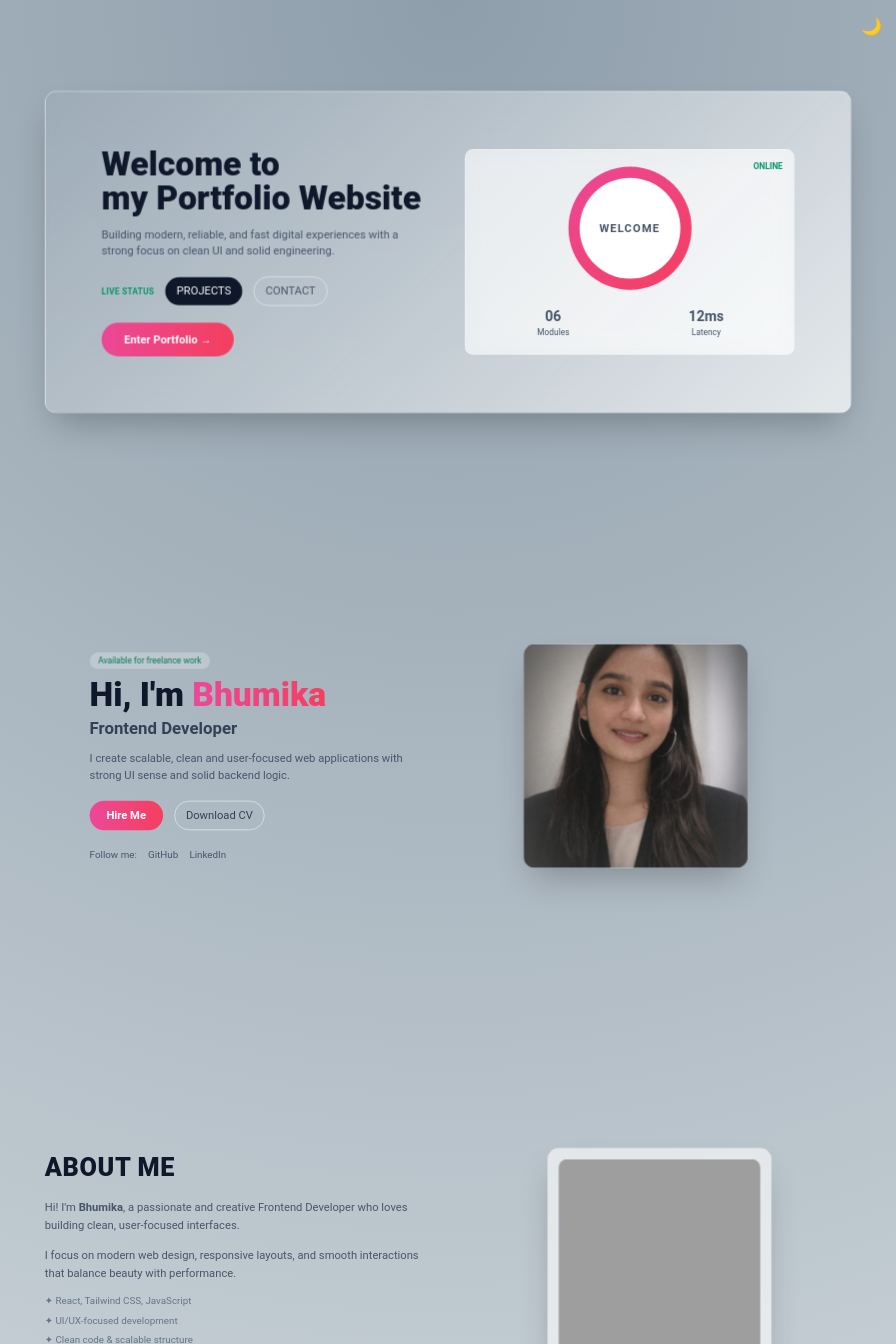
Repository: bhumikamourya/portfolio
Page: /
The author's editor kept a copy of each file at every save. The page is drawn from the files as they stood at one save, then again after the next save.
The browser window is 1280 px wide. The pictures show the part of the page from y = 0 to 1920 px (the page is 5262 px tall), at 70% of full size.
Pictures or frames that could not be fetched are drawn as grey boxes. Some web libraries are served in a nearby version. The project was rebuilt for these pictures with package versions that can differ from the ones it lists, and the page was loaded fresh each time.

Above is the page before, as saved 2026-01-31 12:47:17.

### src/styles/variables.css
:root {
  /*Background gradient (PAGE) */
  --bg-gradient-from: #8e9eab;
  --bg-gradient-to: #eef2f3;

  /*Glass / Card background (LIGHTER, SAME TONE) */
  --glass-from: rgba(158, 172, 184, 0.7);
  --glass-to: rgba(245, 247, 248, 0.8);

  /*Text colors */
  --heading-color: #0f172a;      /* slate-900 */
  --subheading-color: #334155;   /* slate-700 */
  --body-text-color: #475569;    /* slate-600 */
  --muted-text-color: #64748b;   /* slate-500 */

  /* Accent (brand highlight) */
  --accent-from: #ec4899; /* pink-500 */
  --accent-to: #f43f5e;   /* rose-500 */

  /* Status / success */
  --success-color: #059669; /* emerald-600 */

  /* Borders */
  --border-light: rgba(255, 255, 255, 0.4);

  /* Motion */
  --transition: all 0.4s ease;
}

/* Optional dark mode (future-proof, not active yet) */
.dark-mode {
  --bg-gradient-from: #1e293b;
  --bg-gradient-to: #020617;

  --glass-from: rgba(30, 41, 59, 0.7);
  --glass-to: rgba(15, 23, 42, 0.8);

  --heading-color: #f8fafc;
  --subheading-color: #e2e8f0;
  --body-text-color: #cbd5f5;
  --muted-text-color: #94a3b8;
}

### src/styles/App.css
* {
  margin: 0;
  padding: 0;
  box-sizing: border-box;
}

.reveal {
  opacity: 0;
  transform: translateY(50px);
  transition: all 0.8s ease;
}

.reveal.active {
  opacity: 1;
  transform: translateY(0);
}

body {
  font-family: 'Roboto', sans-serif;
  background-image: radial-gradient(circle at top, var(--bg-gradient-from) 0%, var(--bg-gradient-to) 70%);
  color: var(--body-text-color);
  scroll-behavior: smooth;
  transition: var(--transition);
}

.color-buttons {
  background-image: linear-gradient(to right, var(--accent-from), var(--accent-to));
  border: none;
}

.right-card {
  background: rgba(255, 255, 255, 0.6);
  border-color: var(--border-light);
  backdrop-filter: blur(16px);
}

.app {
  min-height: 100vh;
}
.text-accent {
    background: linear-gradient(to right, var(--accent-from), var(--accent-to));
    -webkit-background-clip: text;
    -webkit-text-fill-color: transparent;
}
.card-bg {
  background-image:
    linear-gradient(135deg,
      var(--glass-from),
      var(--glass-to));
  backdrop-filter: blur(22px);
  border: 1px solid var(--border-light);
}

.skill-cards{
  background-image: linear-gradient(135deg, var(--border-light), var(--border-light));
  backdrop-filter: blur(72px);
  border: 1px solid var(--border-light);
}

.heading{
  color: var(--heading-color);
}
.subheading{
  color: var(--subheading-color);
}
.tags{
  background: rgba(255,255,255,0.25);
  color: var(--subheading-color);
}
ul{
    color: var(--muted-text-color);
}

/* .btn {
  padding: 10px 20px;
  border: none;
  border-radius: 5px;
  cursor: pointer;
  transition: var(--transition);
}

.btn.primary {
  background-color: var(--primary-color);
}

.btn.secondary {
  background-color: var(--bg-gradient-to);
}

.btn:hover {
  transform: scale(1.05);
} */
.theme-toggle {
  position: fixed;
  top: 20px;
  right: 20px;
  z-index: 1000;
  background: none;
  border: none;
  font-size: 1.5rem;
  cursor: pointer;
}

/* Mobile-first responsive */
@media (max-width: 768px) {
  .container {
    padding: 0 10px;
  }
}

### src/contexts/ThemeContext.js
import React, { createContext, useState, useEffect } from 'react';

export const ThemeContext = createContext();

export const ThemeProvider = ({ children }) => {
  const [isDarkMode, setIsDarkMode] = useState(false);

  useEffect(() => {
    const savedTheme = localStorage.getItem('theme');
    if (savedTheme === 'dark') {
      setIsDarkMode(true);
      document.body.classList.add('dark-mode');
    }
  }, []);

  const toggleTheme = () => {
    setIsDarkMode(!isDarkMode);
    if (!isDarkMode) {
      document.body.classList.add('dark-mode');
      localStorage.setItem('theme', 'dark');
    } else {
      document.body.classList.remove('dark-mode');
      localStorage.setItem('theme', 'light');
    }
  };

  return (
    <ThemeContext.Provider value={{ isDarkMode, toggleTheme }}>
      {children}
    </ThemeContext.Provider>
  );
};

### src/components/ThemeToggle.js
import React, { useContext } from 'react';
import { ThemeContext } from '../contexts/ThemeContext';

const ThemeToggle = () => {
  const { isDarkMode, toggleTheme } = useContext(ThemeContext);

  return (
    <button className="theme-toggle" onClick={toggleTheme} >
      {isDarkMode ? '☀️' : '🌙'}
    </button>
  );
};

export default ThemeToggle;

### src/components/Welcome.jsx
import React from "react";


const Welcome = () => {
    const scrollToSection = (id) => {
        document.getElementById(id).scrollIntoView({ behavior: "smooth" });
    };
    return (
        <section
            className="min-h-screen flex items-center justify-center px-6"
        >
            <div
                className="relative w-full max-w-6xl rounded-2xl shadow-2xl p-20 card-bg"
            >
                <div className="grid md:grid-cols-2 gap-12 items-center">

                    <div>

                        <h1
                            className="text-4xl md:text-5xl font-extrabold leading-tight mb-4 heading">
                            Welcome to <br /> my Portfolio Website
                        </h1>
                        <p
                            className="max-w-md mb-6">
                            Building modern, reliable, and fast digital experiences with a
                            strong focus on clean UI and solid engineering.
                        </p>
                        <div className="flex items-center gap-4 mb-6">
                            <span className="text-xs font-semibold text-emerald-600 tracking-wide">LIVE STATUS</span>
                            <button
                                onClick={() => scrollToSection("projects")}
                                className="px-4 py-2 rounded-full bg-slate-900 text-white hover:bg-slate-800 transition"
                            >
                                PROJECTS
                            </button>
                            <button
                                onClick={() => scrollToSection("contact")}
                                className="px-4 py-2 rounded-full border border-slate-200 hover:bg-slate-100 transition"
                            >
                                CONTACT
                            </button>
                        </div>

                        <button

                            className="px-8 py-3 rounded-full text-white font-semibold transition hover:scale-105 color-buttons"
                        >
                            Enter Portfolio →
                        </button>
                    </div>

                    {/* RIGHT SYSTEM CARD */}
                    <div
                        className="relative rounded-xl p-6 border right-card"
                    >
                        <span
                            className="absolute top-4 right-4 text-xs font-semibold text-emerald-600"
                        >
                            ONLINE
                        </span>

                        <div className="flex items-center justify-center mb-6">
                            <div
                                className="relative w-44 h-44 rounded-full flex items-center justify-center "
                                style={{
                                    background:
                                        "linear-gradient(to bottom right, var(--accent-from), var(--accent-to))",
                                }}
                            >
                                <div className="absolute inset-4 rounded-full bg-white flex items-center justify-center text-s tracking-widest font-bold text-slate-600">
                                    WELCOME
                                </div>
                            </div>
                        </div>

                        <div className="grid grid-cols-2 gap-4 text-center">
                            <div>
                                <p className="text-xl font-bold">06</p>
                                <p className="text-xs text-slate-600">Modules</p>
                            </div>
                            <div>
                                <p className="text-xl font-bold">12ms</p>
                                <p className="text-xs text-slate-600">Latency</p>
                            </div>
                        </div>
                    </div>

                </div>
            </div>
        </section>
    );
};

export default Welcome;

### src/components/Hero.js
import React from "react";
const Hero = () => {
  return (
    <section
      id="hero"
      className=" reveal min-h-screen flex items-center justify-center px-6"
    >
      <div
        className="relative w-full max-w-6xl rounded-3xl p-16"
      >
        <div className="grid md:grid-cols-2 gap-12 items-center">

          {/* LEFT CONTENT */}
          <div>
            <span
              className="inline-block mb-3 text-xs px-3 py-1 rounded-full font-semibolds text-emerald-700 right-card tags"
            >
              Available for freelance work
            </span>

            <h1
              className="text-4xl md:text-5xl font-extrabold leading-tight mb-2 heading"
            >
              Hi, I'm{" "}
              <span className="text-accent"
              >
                Bhumika
              </span>
            </h1>
            <h2
              className="text-xl md:text-2xl font-semibold mb-4 subheading"
            >
              Frontend Developer
            </h2>

            <p
              className="max-w-md mb-6"
            >
              I create scalable, clean and user-focused web applications with
              strong UI sense and solid backend logic.
            </p>

            <div className="flex gap-4 mb-6">
              <button
                className="px-6 py-2 rounded-full text-white font-semibold transition hover:scale-105 color-buttons"
              >
                Hire Me
              </button>

              <button
                className="px-4 py-2 rounded-full border border-slate-200  hover:bg-slate-100 transition subheading">
                Download CV
              </button>
            </div>

            <div className="flex items-center gap-4 text-sm">
              <span>Follow me:</span>
              <a href="https://github.com/bhumikamourya"
              className="cursor-pointer hover:underline cursor-pointer">GitHub</a>
              <a href="https://www.linkedin.com/in/bhumika-mourya-bb94672a4/"
              className="cursor-pointer hover:underline cursor-pointer">LinkedIn</a>
              {/* <a href="" className="cursor-pointer hover:underline cursor-pointer">Instagram</a> */}
            </div>
          </div>

          {/* RIGHT IMAGE CARD */}
          <div className="flex justify-center">
            <div
              className="relative rounded-2xl right-card shadow-2xl"
            >
              <img
                src="/assets/profile.jpeg"
                alt="Developer illustration"
                // className="w-72 h-70 object-cover rounded-xl"
                className="w-80 h-80 object-cover rounded-2xl"
              />
            </div>
          </div>

        </div>
      </div>
    </section>
  );
};

export default Hero;

### src/components/About.js
import React from "react";


const About = () => {
  return (
    <section
      id="about"
      className=" reveal min-h-screen flex items-center justify-center px-6"
    >
      <div
        className="relative w-full max-w-6xl rounded-3xl"
      >
        <div className="grid md:grid-cols-2 gap-14 items-center">

          {/* LEFT CONTENT */}
          <div>
            <h2
              className="text-3xl md:text-4xl font-extrabold mb-6 tracking-wide heading"
            >
              ABOUT ME
            </h2>

            <p
              className="mb-4 leading-relaxed"
            >
              Hi! I'm <span className="font-semibold">Bhumika</span>, a passionate
              and creative Frontend Developer who loves building clean,
              user-focused interfaces.
            </p>

            <p
              className="mb-4 leading-relaxed"
            >
              I focus on modern web design, responsive layouts, and smooth
              interactions that balance beauty with performance.
            </p>

            <ul
              className="space-y-2 text-sm"
            >
              <li>✦ React, Tailwind CSS, JavaScript</li>
              <li>✦ UI/UX-focused development</li>
              <li>✦ Clean code & scalable structure</li>
              <li>✦ Always learning new technologies</li>
            </ul>
          </div>

          {/* RIGHT AVATAR CARD */}
          <div className="flex justify-center ">
            <div
              className="relative rounded-2xl p-4 right-card shadow-2xl"
            >
              <img
                src="/hero-avatar.png"
                alt="Avatar"
                className="w-72 h-72 object-cover rounded-xl"
              />
            </div>
          </div>

        </div>
      </div>
    </section>
  );
};

export default About;

### src/components/Skills.js
import React from 'react';

const Skills = () => {
  const skills = [
    { name: 'HTML5', icon: '/assets/html.png' },
    { name: 'CSS3', icon: '/assets/css.png' },
    { name: 'JavaScript (ES6+)', icon: '/assets/js.webp' },
    { name: 'React', icon: '/assets/react.png' },
    { name: 'Redux', icon: '/assets/redux.png' },
    { name: 'Node.js', icon: '/assets/nodejs.png' },
    { name: 'Express.js', icon: '/assets/express.png' },
    { name: 'RESTful APIs', icon: '/assets/restful-api.png' },
    { name: 'Authentication (Passport.js, JWT)', icon: '/assets/authentication.png' },
    { name: 'MongoDB', icon: '/assets/mongoDB.png' },
    { name: 'Mongoose', icon: '/assets/mongoose.png' },
    { name: 'Git', icon: '/assets/git.png' },
    { name: 'GitHub', icon: '/assets/github.png' },
    { name: 'Postman', icon: '/assets/postman.png' },
    { name: 'Thunder Client', icon: '/assets/thunderClient.png' },
    { name: 'VS Code', icon: '/assets/VS-Code.png' },
    { name: 'Chrome DevTools', icon: '/assets/chrome-dev-tool.png' },
  ];

  return (
    <section
      id="skills"
      className=" reveal min-h-screen flex items-center justify-center px-6 transition-colors duration-500"
    >
      <div
        className="relative w-full max-w-6xl rounded-3xl p-16"
      >
        <h2
          className="text-3xl md:text-4xl font-extrabold mb-10 text-center heading"
        >
          SKILLS
        </h2>

        <div className="grid grid-cols-2 sm:grid-cols-3 md:grid-cols-4 lg:grid-cols-5 gap-8">
          {skills.map((skill, index) => (
            <div
              key={index}
              className="flex flex-col items-center justify-center p-4 rounded-2xl transition-transform duration-300 hover:scale-105 skill-cards"
            >
              <img
                src={skill.icon}
                alt={skill.name}
                className="w-14 h-14 mb-2 object-contain"
              />
              <p
                className="text-sm font-semibold text-center"
              >
                {skill.name}
              </p>
            </div>
          ))}
        </div>
      </div>
    </section>
  );
};

export default Skills;

### src/components/Projects.js
import React from 'react';
import ProjectCard from './ProjectCard';

const Projects = () => {
  const projects = [
    {
      title: 'Wanderlust – Full-Stack Web App',
      description:
        'Airbnb-like platform with authentication, listings, reviews, and image uploads. Clean MVC backend with secure auth.',
      tech: ['Node.js', 'Express', 'MongoDB', 'Passport.js'],
      github: 'https://github.com/bhumikamourya/WanderLust',
      demo: 'https://wanderlust-project-3uh0.onrender.com/',
      image: '/assets/wanderlust.png',
    },
    {
      title: 'Food Ordering Web App',
      description:
        'Full-stack food ordering system with user authentication, order management, and REST APIs.',
      tech: ['Node.js', 'MongoDB', 'Express'],
      github: 'https://github.com/bhumikamourya/Food-Ordering-application',
      demo: '',
      image: '/assets/food.png',
    },
  ];

  return (
    <section
      id="projects"
      className=" reveal min-h-screen px-6 py-24"
    >
      <h2
        className="text-4xl font-extrabold text-center mb-16">
        PROJECTS
      </h2>

      <div className="max-w-7xl mx-auto grid gap-10 sm:grid-cols-2 lg:grid-cols-3">
        {projects.map((project, index) => (
          <ProjectCard key={index} {...project} />
        ))}
      </div>
    </section>
  );
};

export default Projects;

### src/utils/scrollReveal.js
export const initScrollReveal = () => {
    const elements = document.querySelectorAll(".reveal");

    const observer = new IntersectionObserver(
      (entries) => {
        entries.forEach((entry) => {
          if (entry.isIntersecting) {
            entry.target.classList.add("active");
          }
        });
      },
      { threshold: 0.15 }
    );

    elements.forEach((el) => observer.observe(el));

};

### src/components/FeaturesServices.js
import { Code, Sparkles, ShieldCheck, Rocket, Brain, Layout } from "lucide-react";

export default function FeaturesServices() {
  const features = [
    {
      icon: <Code className="w-6 h-6" />,
      title: "Full-Stack Development",
      desc: "Scalable MERN applications with clean architecture and best practices."
    },
    {
      icon: <Layout className="w-6 h-6" />,
      title: "Modern UI/UX",
      desc: "Glassmorphism, gradients, animations and responsive layouts."
    },
    {
      icon: <Brain className="w-6 h-6" />,
      title: "AI-Powered Logic",
      desc: "Smart features using AI, automation and data-driven decisions."
    },
    {
      icon: <ShieldCheck className="w-6 h-6" />,
      title: "Secure Systems",
      desc: "JWT auth, role-based access and secure backend APIs."
    },
    {
      icon: <Rocket className="w-6 h-6" />,
      title: "Performance Focused",
      desc: "Optimized queries, fast load time and scalable codebase."
    },
    {
      icon: <Sparkles className="w-6 h-6" />,
      title: "Creative Solutions",
      desc: "Not copy-paste projects — unique, tailored to real-world needs."
    }
  ];

  return (
    <section
      id="features"
      className=" reveal relative py-24 px-6 "
    >
      <div className="max-w-7xl mx-auto">
        {/* Heading */}
        <div className="text-center mb-16">
          <h2 className="text-4xl font-extrabold text-center mb-6 heading">
            OUR FEATURES & SERVICES
          </h2>
          <p className="max-w-2xl mx-auto">
            Powerful features and professional services crafted to build
            high-quality, real-world applications.
          </p>
        </div>

        {/* Cards */}
        <div className="grid grid-cols-1 sm:grid-cols-2 lg:grid-cols-3 gap-8">
          {features.map((item, idx) => (
            <div
              key={idx}
              className="group relative rounded-2xl p-8 shadow-xl  transition-all duration-300 hover:-translate-y-2 hover:shadow-2xl card-bg"
            >
              <div className="flex items-center justify-center w-12 h-12 rounded-xl bg-white/70 shadow mb-6 group-hover:scale-110 transition" >
                {item.icon}
              </div>

              <h3 className="text-xl font-semibold mb-3 heading">
                {item.title}
              </h3>
              <p className=" text-sm leading-relaxed" >
                {item.desc}
              </p>
            </div>
          ))}
        </div>
      </div>
    </section>
  );
}

### src/components/ProjectCard.js
import React from 'react';

const ProjectCard = ({ title, description, tech, github, demo, image }) => {
  return (
    <div
      className="rounded-2xl overflow-hidden shadow-xl transition-transform duration-300 hover:-translate-y-2 card-bg"
    >
      {/* IMAGE */}
      <div className="h-44 bg-black/20 flex items-center justify-center">
        <img
          src={image}
          alt={title}
          className="h-full w-full object-cover"
        />
      </div>

      {/* CONTENT */}
      <div className="p-6">
        <h3
          className="text-lg font-bold mb-2 heading">
          {title}
        </h3>

        <p
          className="text-sm mb-4 leading-relaxed"
        >
          {description}
        </p>

        {/* TECH TAGS */}
        <div className="flex flex-wrap gap-2 mb-5">
          {tech.map((item, index) => (
            <span
              key={index}
              className="text-xs px-3 py-1 rounded-full tags"
            >
              {item}
            </span>
          ))}
        </div>

        {/* LINKS */}
        <div className="flex gap-3">
          <a
            href={github}
            target="_blank"
            rel="noreferrer"
            className="px-4 py-2 text-white text-xs font-semibold rounded-full transition color-buttons"

          >
            GitHub
          </a>

          {demo && (
            <a
              href={demo}
              target="_blank"
              rel="noreferrer"
              className="px-4 py-2 text-xs font-semibold bg-white rounded-full border transition"
            >
              Live Demo
            </a>
          )}
        </div>
      </div>
    </div>
  );
};

export default ProjectCard;

Loaded but not shown: public/index.html (common file); src/index.js (common file); src/App.js (common file); src/index.css (common file); tailwind.config.js (common file); src/components/Contact.js (118 lines, source omitted)

After the next save:
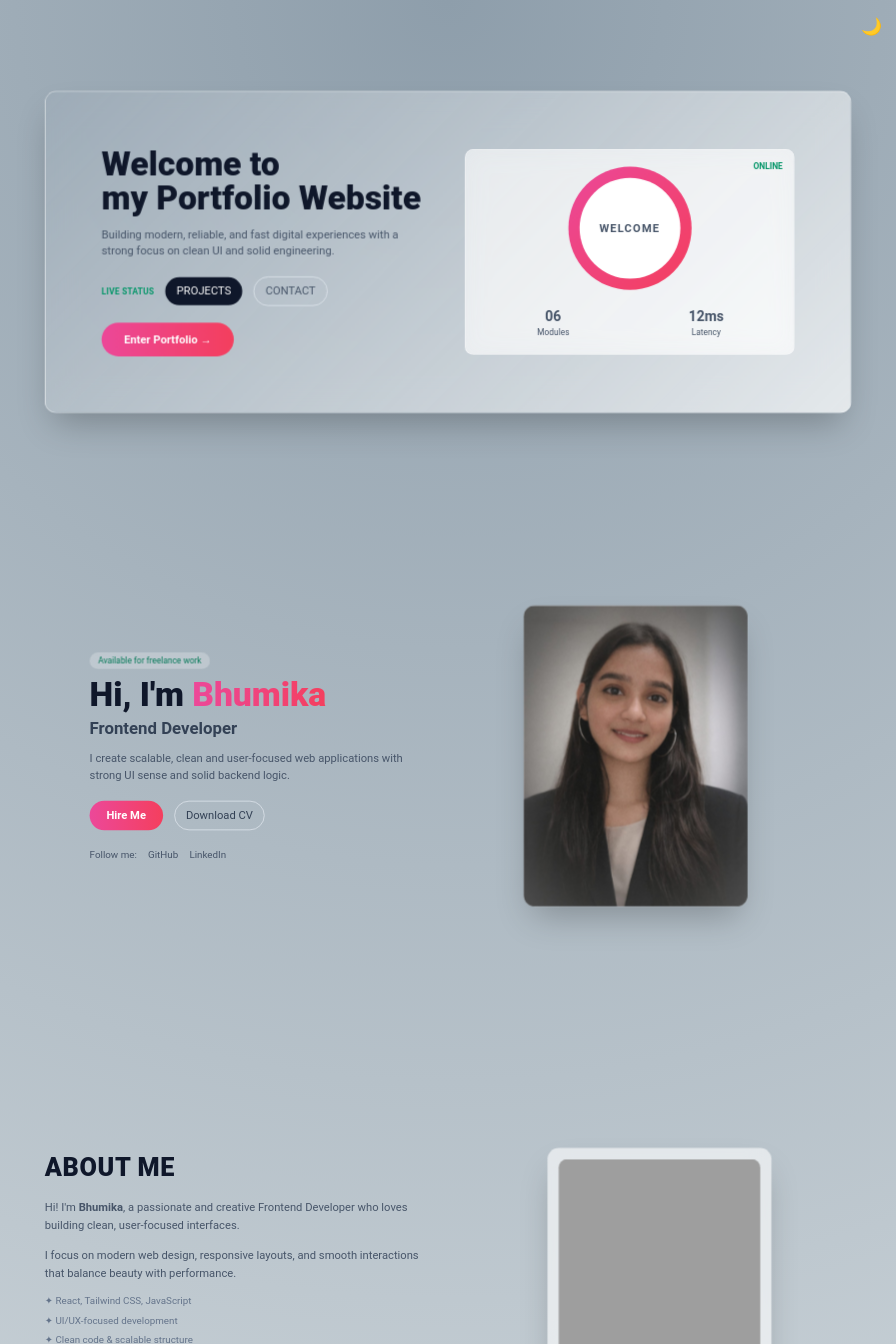
Saved 18 s later.
--- a/src/components/Hero.js
+++ b/src/components/Hero.js
@@ -72,7 +72,7 @@
                 src="/assets/profile.jpeg"
                 alt="Developer illustration"
                 // className="w-72 h-70 object-cover rounded-xl"
-                className="w-80 h-80 object-cover rounded-2xl"
+                className="w-80 h-70 object-cover rounded-2xl"
               />
             </div>
           </div>
